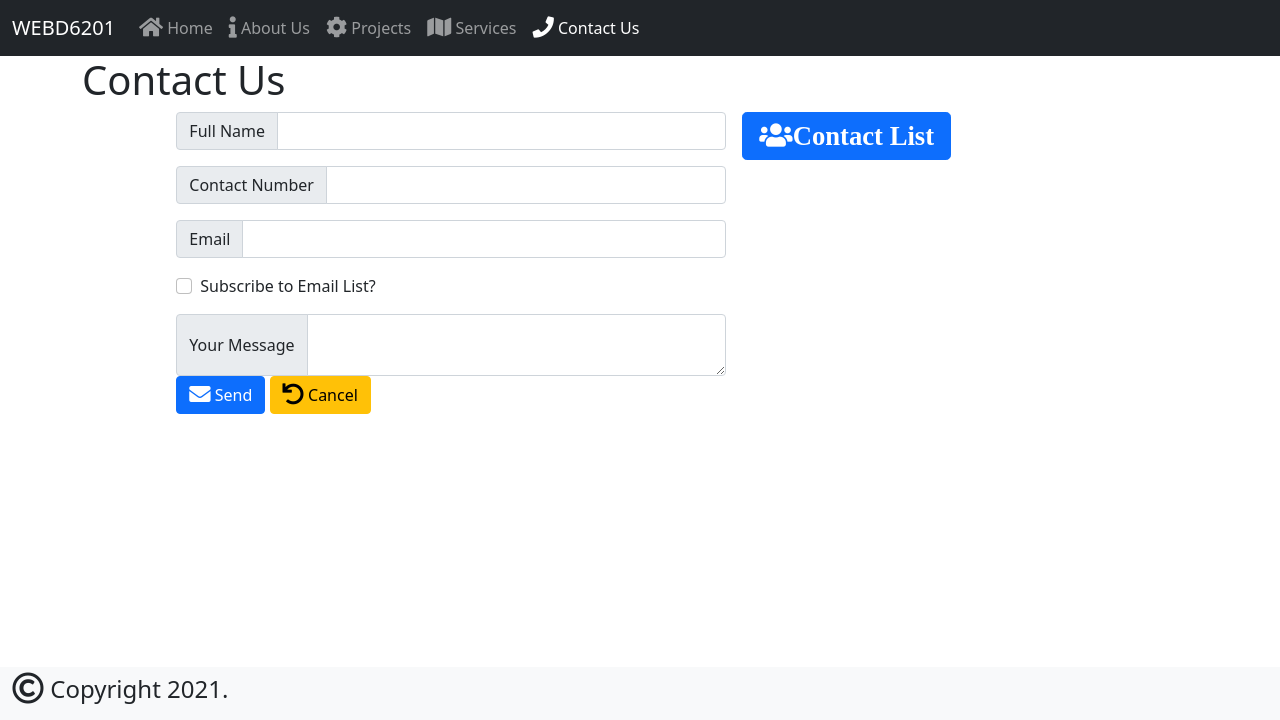
Repository: GarlicButterBoy/WEBD6201-ICE04
Page: contact.html
The author's editor kept a copy of each file at every save. The page is drawn from the files as they stood at one save, then again after a run of saves.
The browser window is 1280 px wide. The pictures show the whole page.

Above is the page before, as saved 2021-02-10 09:37:42.

After the next 3 saves:
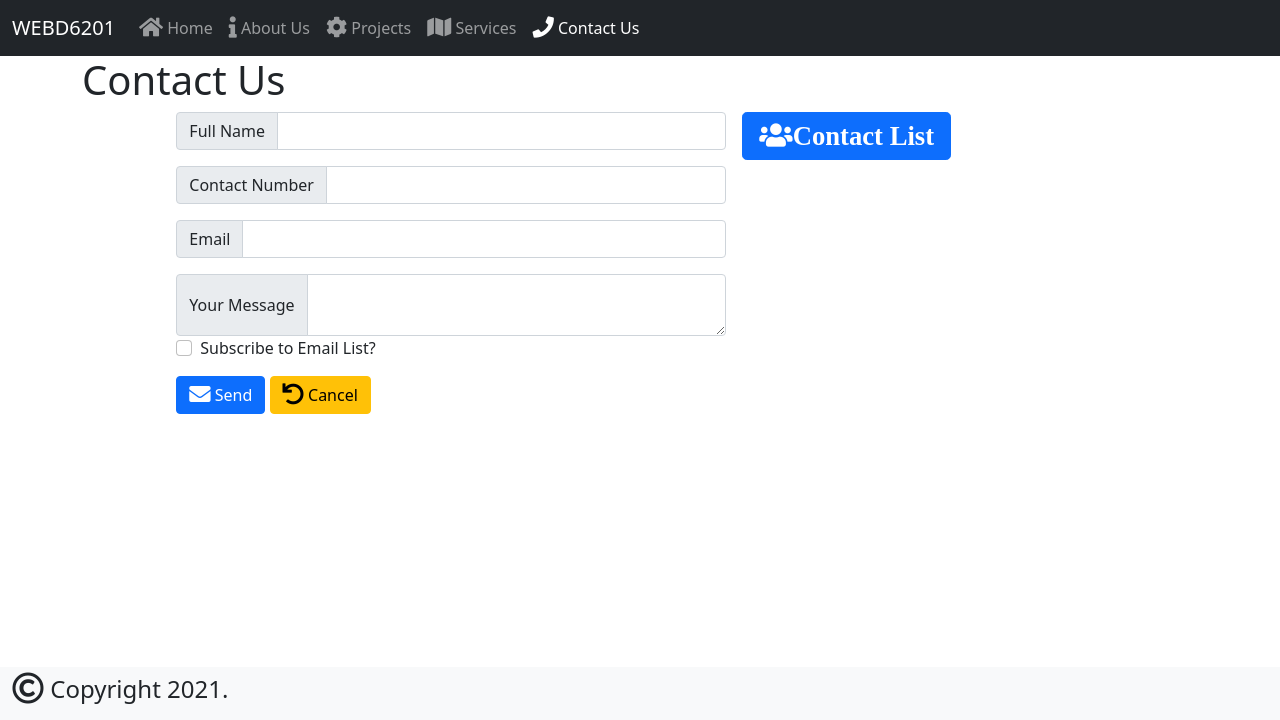
The 3 saves are shown as one change because they came seconds apart.
The last was saved 46 s later.
--- a/contact.html
+++ b/contact.html
@@ -72,14 +72,14 @@
               name="emailAddress" required>
             </div>
 
+            <div class="input-group">
+              <span class="input-group-text" >Your Message</span>
+              <textarea class="form-control" aria-label="With textarea" required></textarea>
+            </div>
+
             <div class="form-check mb-3">
               <input class="form-check-input" type="checkbox" value="" id="subscribeCheckbox" name="subscribeCheckbox">
               <label class="form-check-label" for="subscribeCheckbox">Subscribe to Email List?</label>
-            </div>
-
-            <div class="input-group">
-              <span class="input-group-text" >Your Message</span>
-              <textarea class="form-control" aria-label="With textarea" required></textarea>
             </div>
 
             <button id="sendButton" type="submit" class="btn btn-primary"><i class="fas fa-envelope fa-lg"></i> Send</button>
